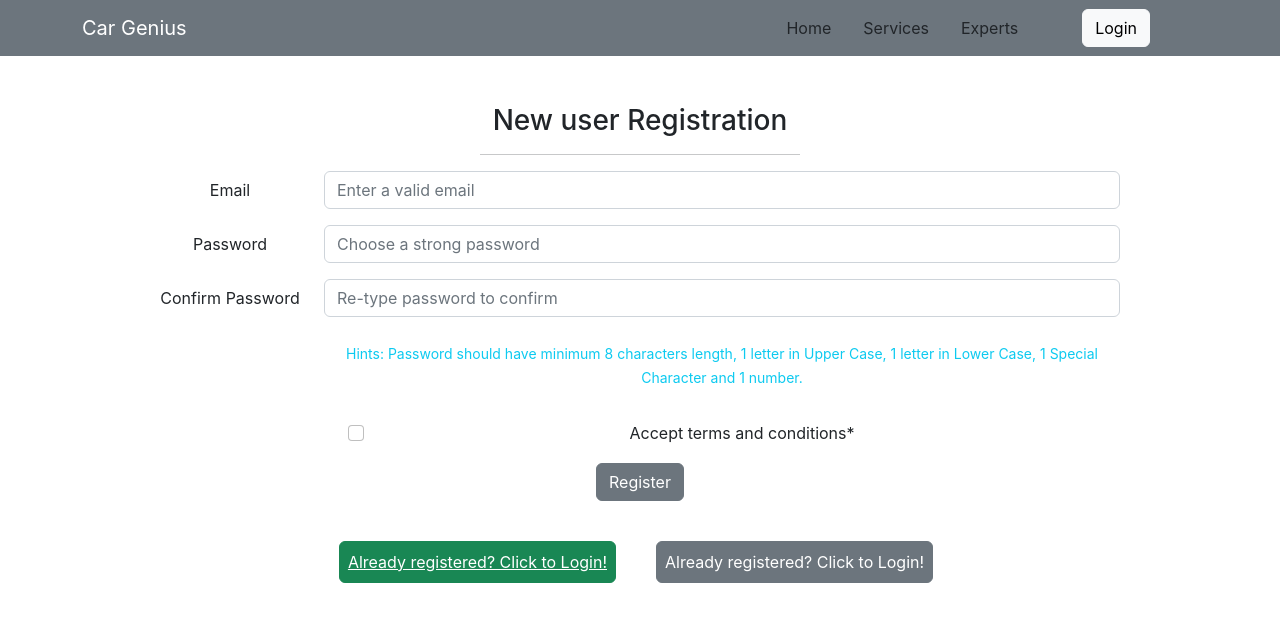
Repository: Sharif-00112/genius-car-service-client
Page: /register
The author's editor kept a copy of each file at every save. The page is drawn from the files as they stood at one save, then again after the next save.
The browser window is 1280 px wide. The pictures show the whole page.
The project was rebuilt for these pictures with package versions that can differ from the ones it lists, and the page was loaded fresh each time. Also part of the build but not shown: src/Pages/Home/Banner/Banner.js, src/Pages/Home/Expert/Expert.js, src/Pages/Home/Experts/Experts.js, src/Pages/Home/Service/Service.css, src/Pages/Home/Service/Service.js, src/Pages/Home/Services/Services.css, src/Pages/Home/Services/Services.js, src/Pages/Home/Home/Home.js and 4 more.

Above is the page before, as saved 2022-09-08 17:32:04.

After the next save:
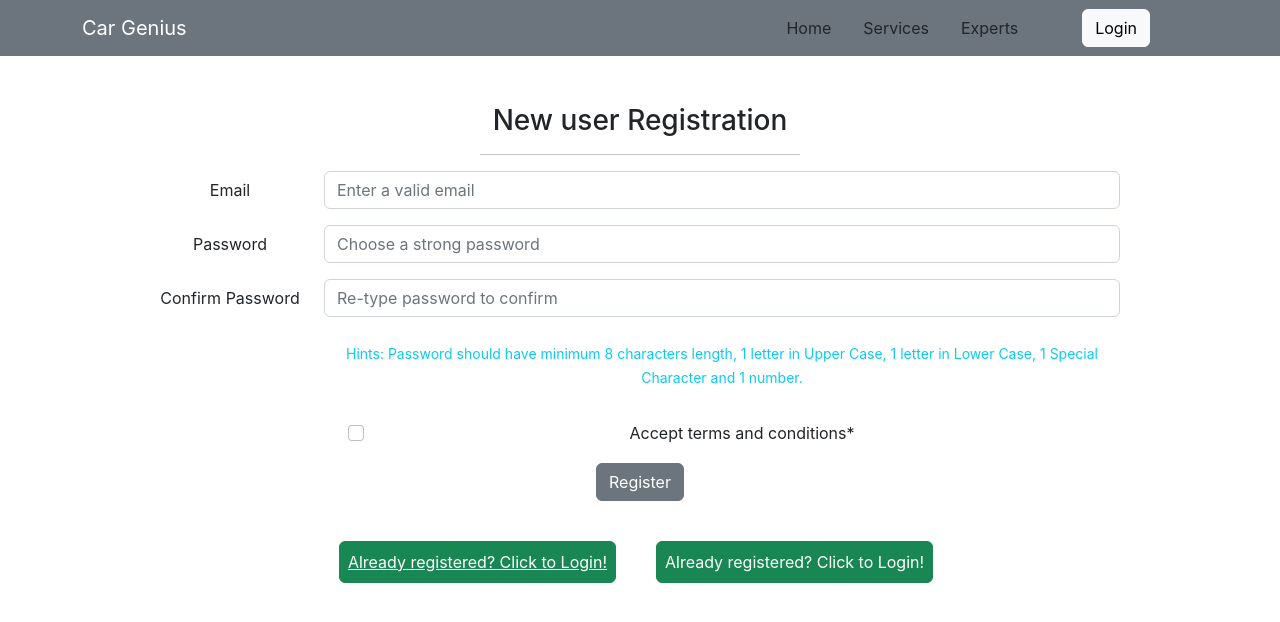
Saved 21 s later.
--- a/src/Pages/Login/Register/Register.js
+++ b/src/Pages/Login/Register/Register.js
@@ -51,7 +51,7 @@ const Register = () => {
             <br />
             <button className='btn btn-success p-2 m-3'><Link className='text-decoration-none text-white' to="/login"><u>Already registered? Click to Login!</u></Link></button>
 
-            <Link className='text-decoration-none text-white m-2' to="/login"><u><button className='btn btn-secondary p-2 m-3'>Already registered? Click to Login!</button></u></Link>
+            <Link className='text-decoration-none text-white m-2' to="/login"><u><button className='btn btn-success p-2 m-3'>Already registered? Click to Login!</button></u></Link>
 
         </div>
     );
